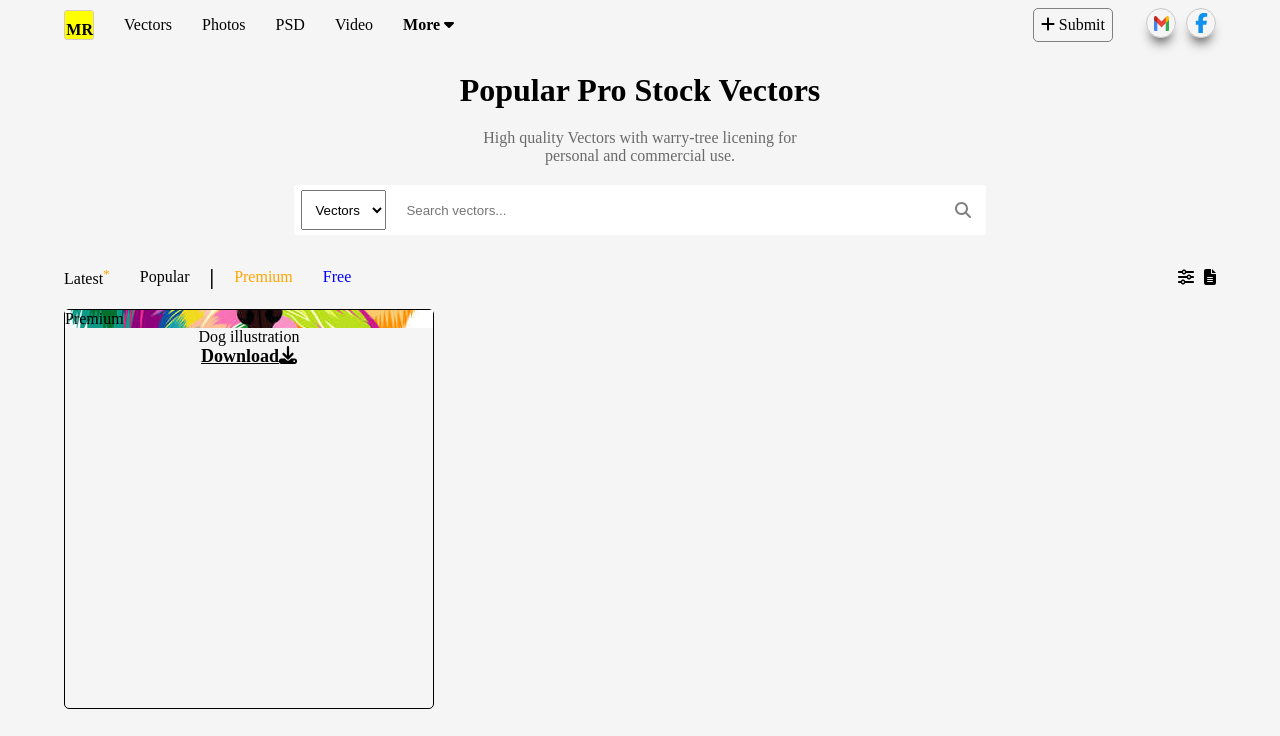
Repository: kegbaDev/VectorTemplate
Page: /
The author's editor kept a copy of each file at every save. The page is drawn from the files as they stood at one save, then again after a run of saves.
The browser window is 1280 px wide. The pictures show the whole page.
The project was rebuilt for these pictures with package versions that can differ from the ones it lists, and the page was loaded fresh each time. Also part of the build but not shown: vite.config.js.

Above is the page before, as saved 2023-04-12 00:03:56.

After the next 2 saves:
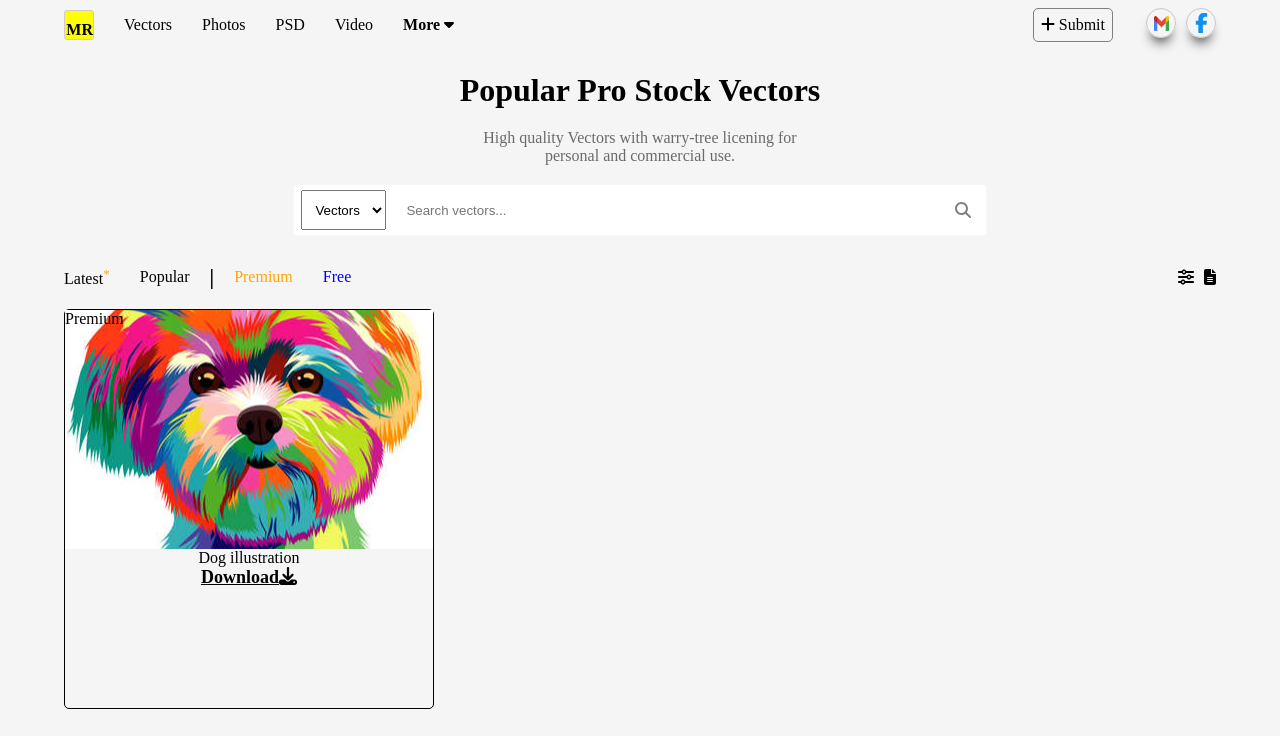
The 2 saves are shown as one change because they came seconds apart.
The last was saved 6 s later.
--- a/src/App.vue
+++ b/src/App.vue
@@ -259,7 +259,7 @@ select{
   font-size: large;
 }
 .image_and_text_space{
-  height: ;
+  height: 60%;
   background-image: url(./assets/chien_color.jpg);
   background-repeat: no-repeat;
   background-position: center;
